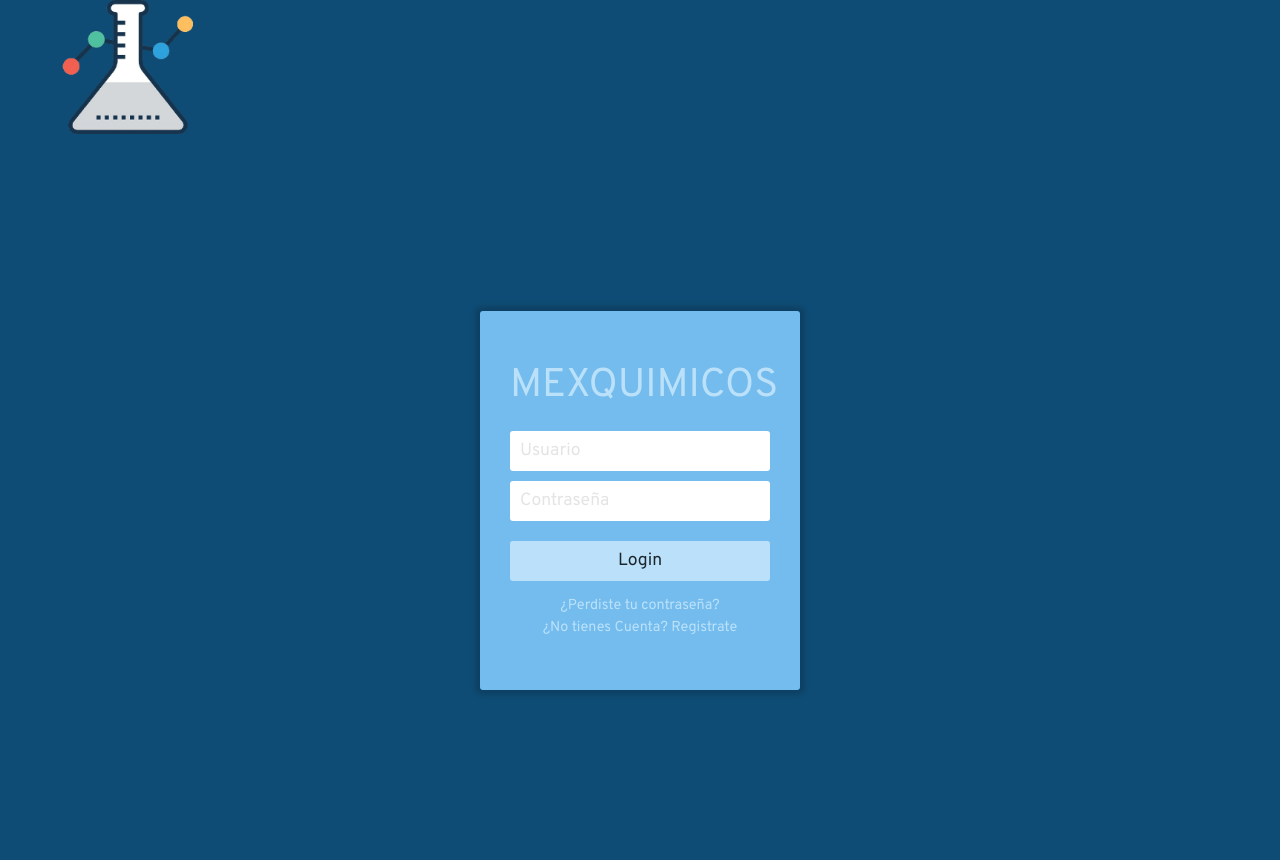
Repository: iDiv3r/MexiQuimicosIsay
Page: Index.html
These files come from the project's save history. The page is drawn as it stood at one moment and after the next save; the edit follows.
The browser window is 1280 px wide. The pictures show the whole page.

Above is the page before, as saved 2023-11-26 16:08:53.

After the next save:
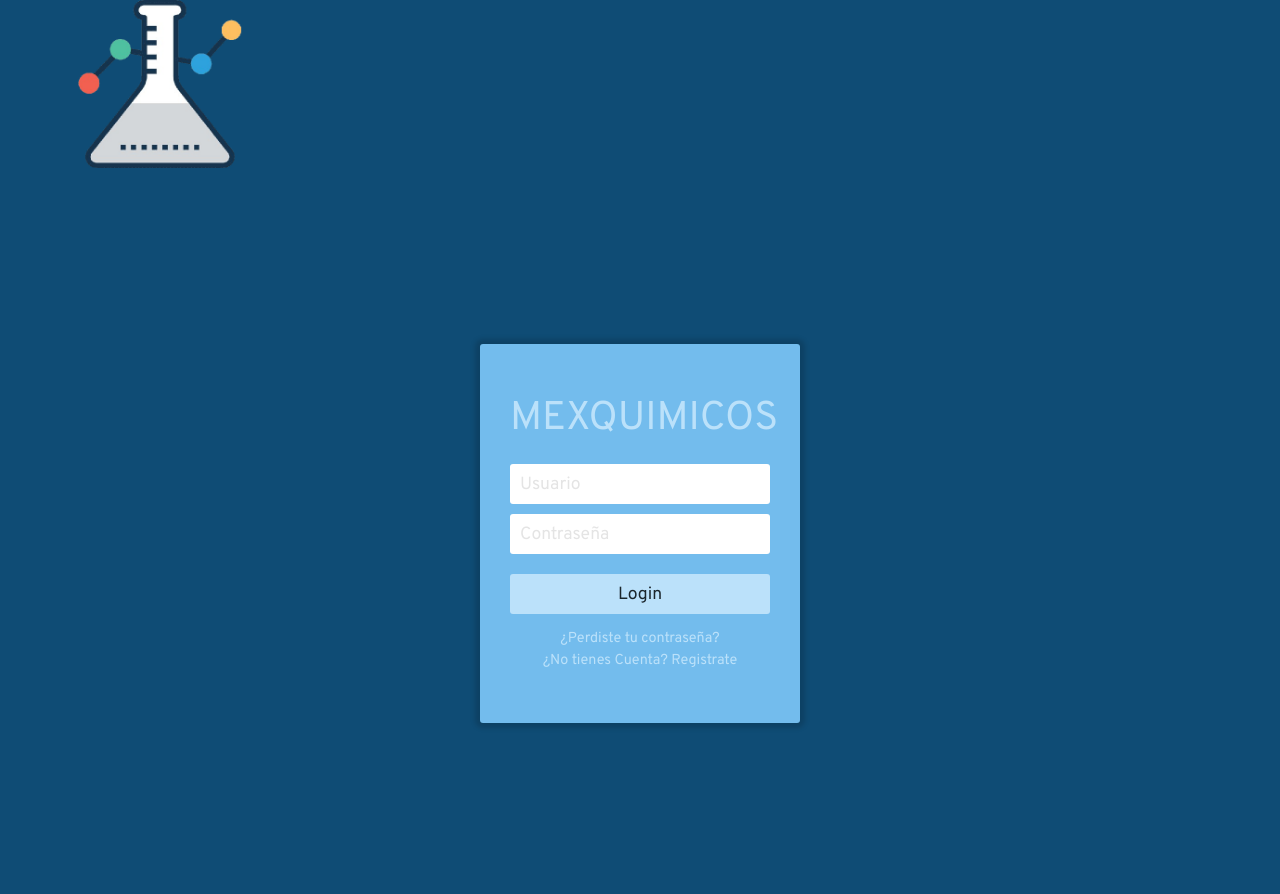
Saved 110 s later.
--- a/css/login.css
+++ b/css/login.css
@@ -133,7 +133,8 @@
 .logo{
     image-rendering: auto;
     border-image: no-repeat;
-    width: 20%;
+    max-width: 320px;
+    width: 100%;
     height: 20%;
     border : 0;
 }

After the save that followed:
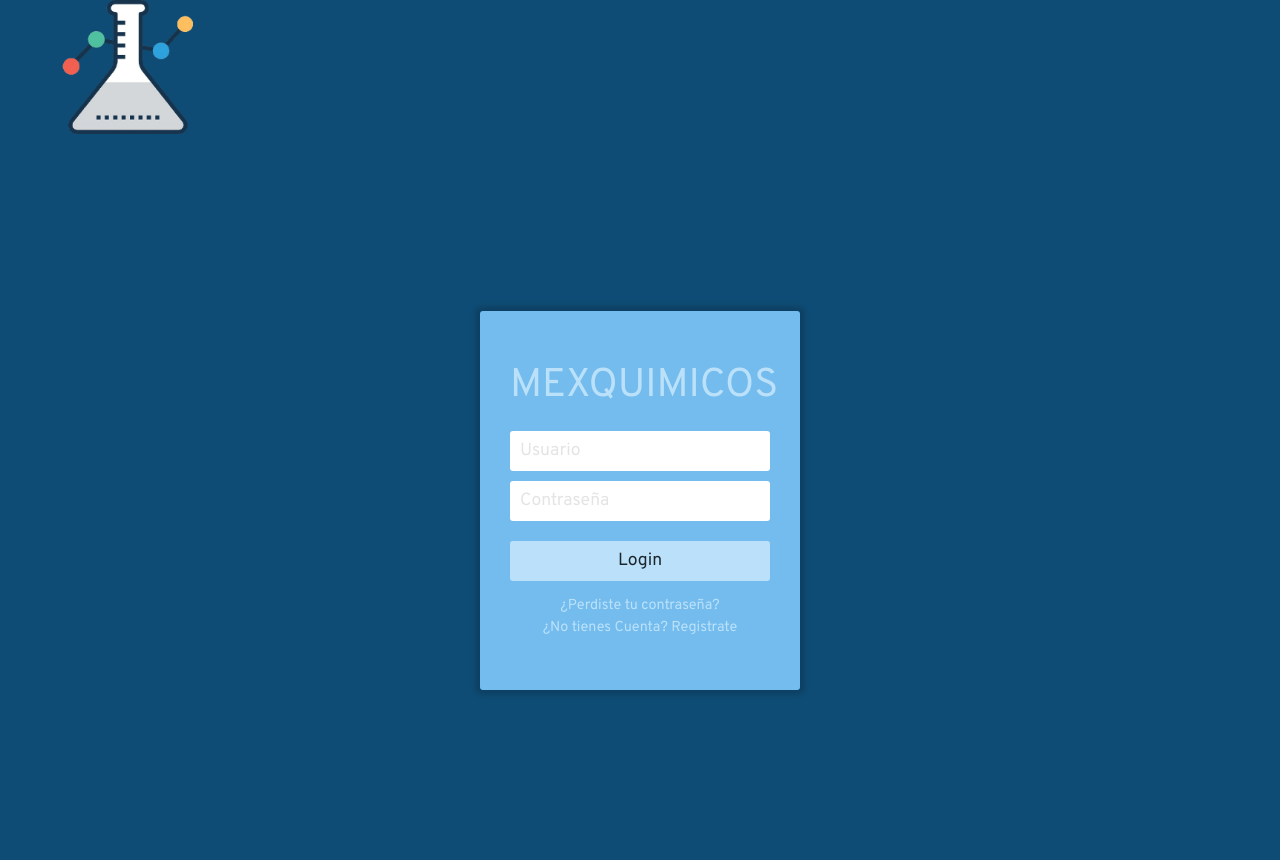
Saved 6 s later.
--- a/css/login.css
+++ b/css/login.css
@@ -133,8 +133,7 @@
 .logo{
     image-rendering: auto;
     border-image: no-repeat;
-    max-width: 320px;
-    width: 100%;
+    width: 20%;
     height: 20%;
     border : 0;
 }
